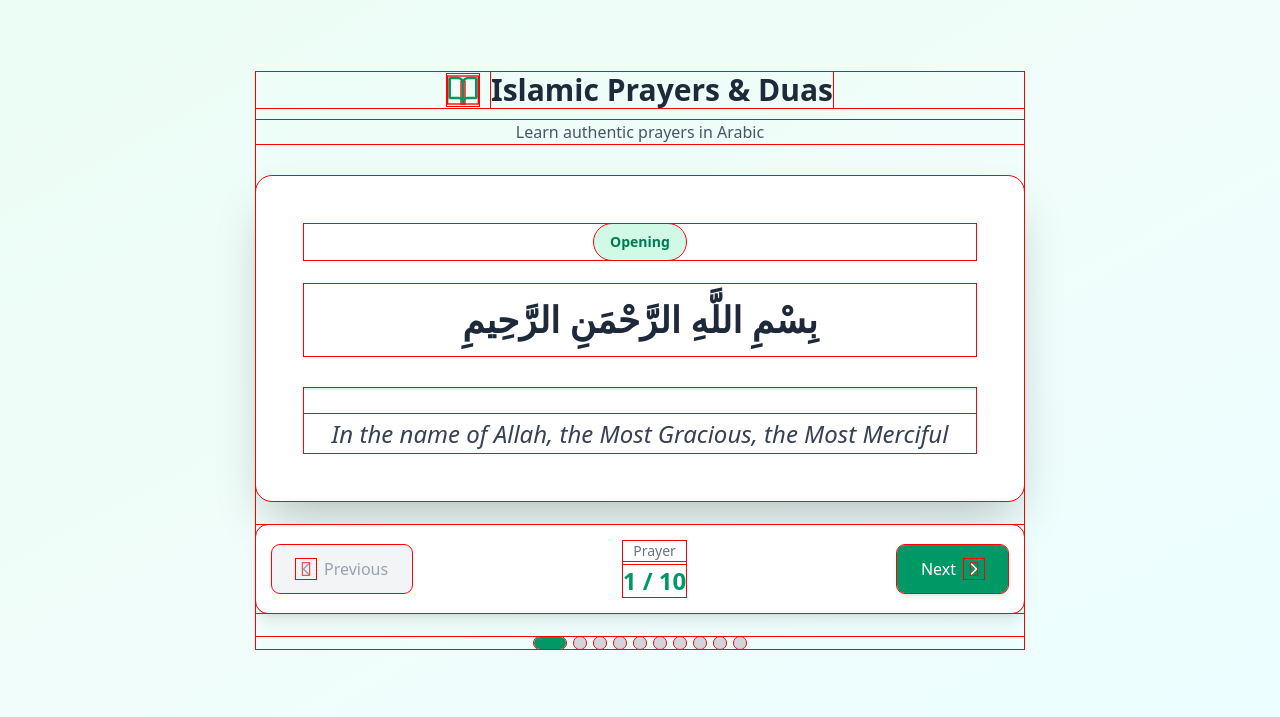
Repository: AbdulquddusMuhammad/prayerApp2.0
Page: /
An editor plug-in stored every save of this project. The page is shown before and after the next save, followed by the edit.
The browser window is 1280 px wide. The pictures show the whole page.
The project was rebuilt for these pictures with package versions that can differ from the ones it lists, and the page was loaded fresh each time. Also part of the build but not shown: vite.config.js.

Above is the page before, as saved 2026-01-18 08:51:27.

After the next save:
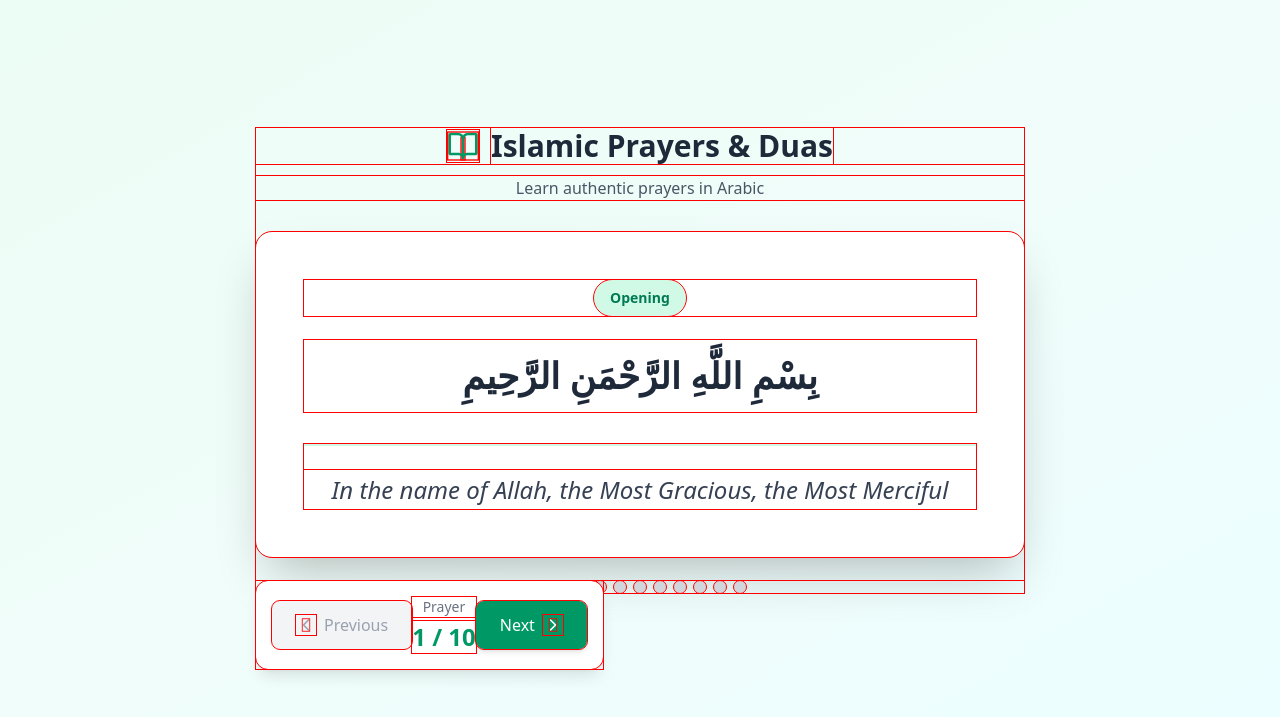
Saved 23 s later.
--- a/src/App.jsx
+++ b/src/App.jsx
@@ -110,7 +110,7 @@ const App = () => {
         </div>
 
         {/* Navigation Controls */}
-        <div className="_navigation_">
+        <div className="_navigation_ fixed">
           <div className="flex items-center justify-between bg-white rounded-xl shadow-lg p-4">
             <button onClick={goToPrevious} disabled={currentIndex === 0} className={`flex items-center gap-2 px-6 py-3 rounded-lg font-medium transition-all ${currentIndex === 0 ? "bg-gray-100 text-gray-400 cursor-not-allowed" : "bg-emerald-600 text-white hover:bg-emerald-700 shadow-md"}`}>
               <ChevronLeft className="w-5 h-5" />
